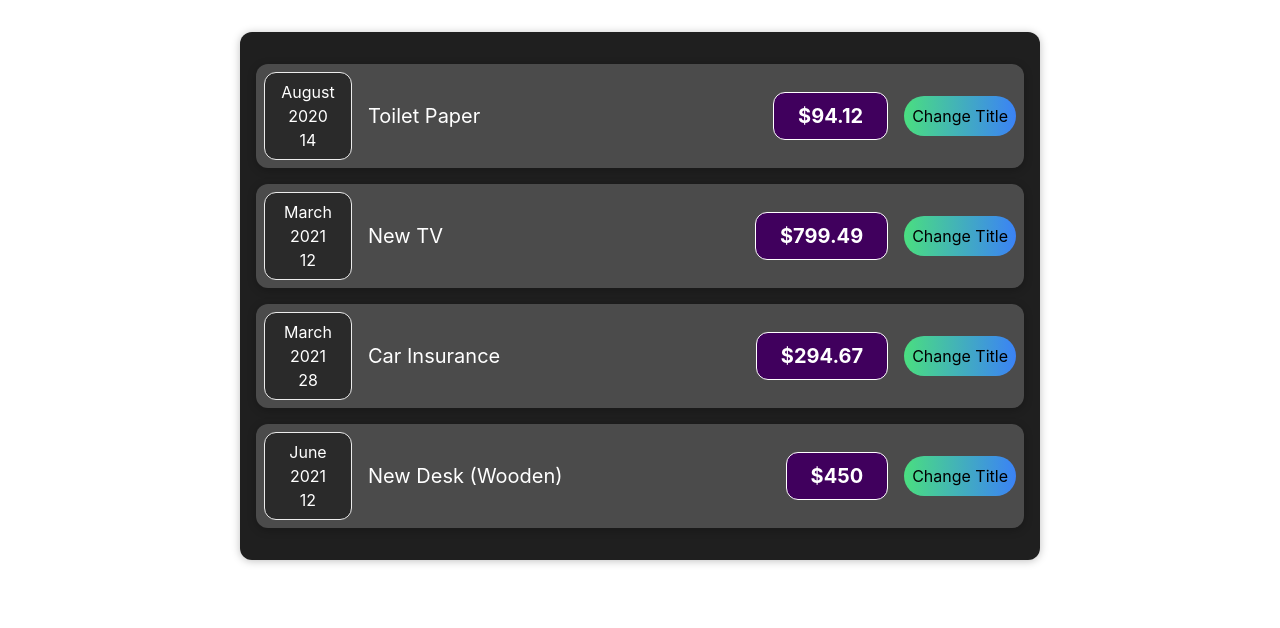
Repository: Sef24/expense-tracker
Page: /
An editor plug-in stored every save of this project. The page is shown before and after the next save, followed by the edit.
The browser window is 1280 px wide. The pictures show the whole page.
The project was rebuilt for these pictures with package versions that can differ from the ones it lists, and the page was loaded fresh each time. Also part of the build but not shown: src/components/NewExpense/NewExpense.css, src/components/NewExpense/ExpenseForm.css.

Above is the page before, as saved 2022-04-24 21:16:28.

After the next save:
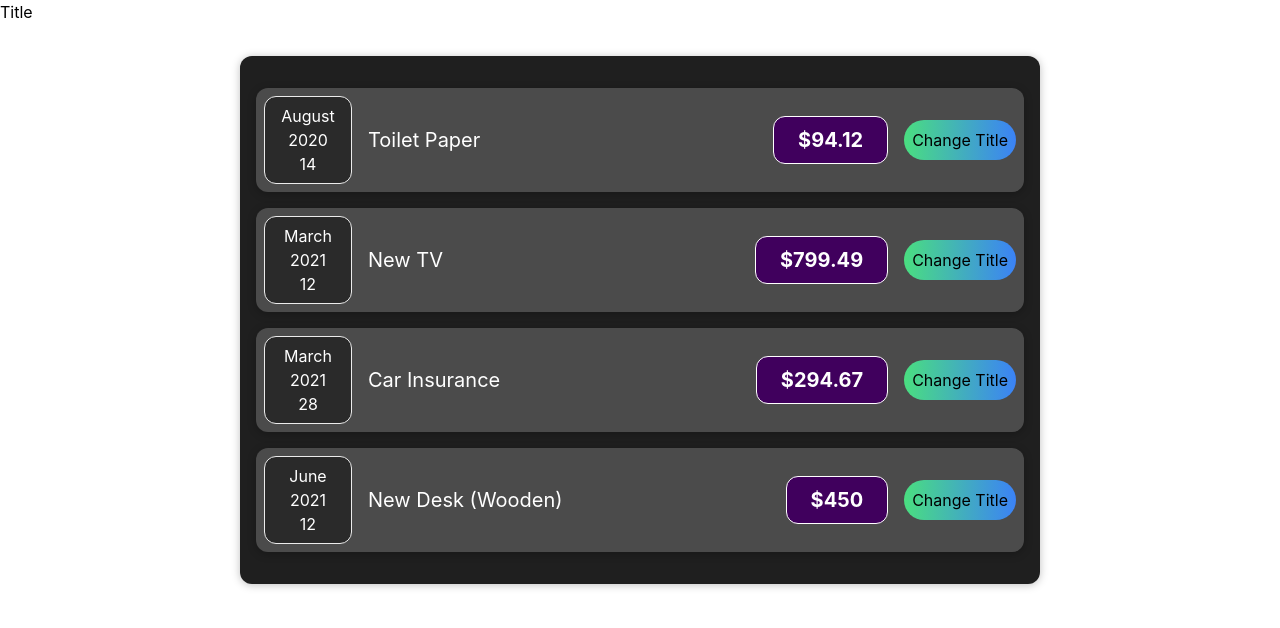
Saved 25 s later.
--- a/src/components/NewExpense/ExpenseForm.js
+++ b/src/components/NewExpense/ExpenseForm.js
@@ -6,7 +6,8 @@ function ExpenseForm() {
     <form>
       <div>
         <div>
-          <label></label>
+          <label>Title</label>
+          <input type="text" />
         </div>
       </div>
     </form>
